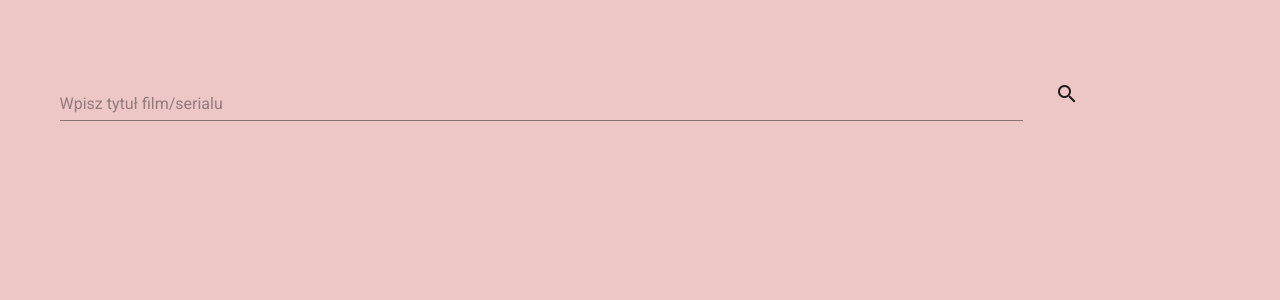
Repository: kq333/wyszukiwarka-filmow-seriali
Page: / (app in searchapp/)
The author's editor kept a copy of each file at every save. The page is drawn from the files as they stood at one save, then again after the next save.
The browser window is 1280 px wide. The pictures show the whole page.
The project was rebuilt for these pictures with package versions that can differ from the ones it lists, and the page was loaded fresh each time. Also part of the build but not shown: searchapp/vue.config.js, searchapp/src/views/Home.vue.

Above is the page before, as saved 2021-02-18 12:24:56.

After the next save:
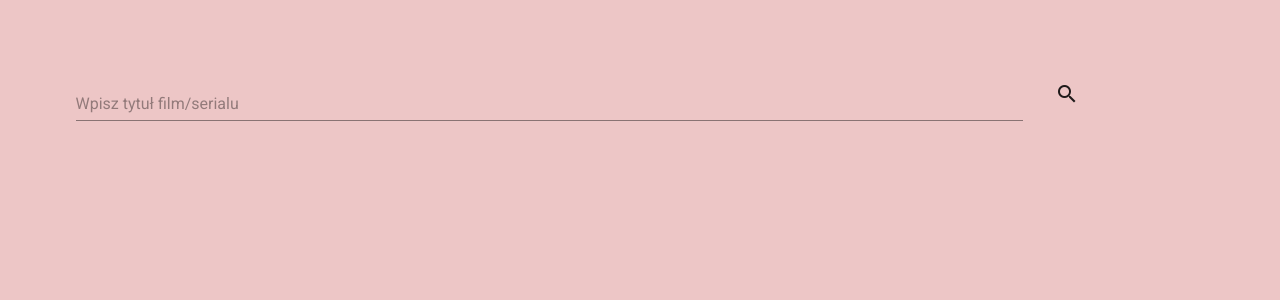
Saved 20 s later.
--- a/searchapp/src/components/HelloWorld.vue
+++ b/searchapp/src/components/HelloWorld.vue
@@ -12,7 +12,7 @@
    <v-col lg="10">
 
 
-            <v-text-field ref="value"  clearable placeholder="Wpisz tytuł film/serialu" type="text" v-model="input"></v-text-field>
+            <v-text-field ref="value"  clearable placeholder="Wpisz tytuł film/serialu" type="text" class="ml-4"  v-model="input"></v-text-field>
 
     </v-col>
 
